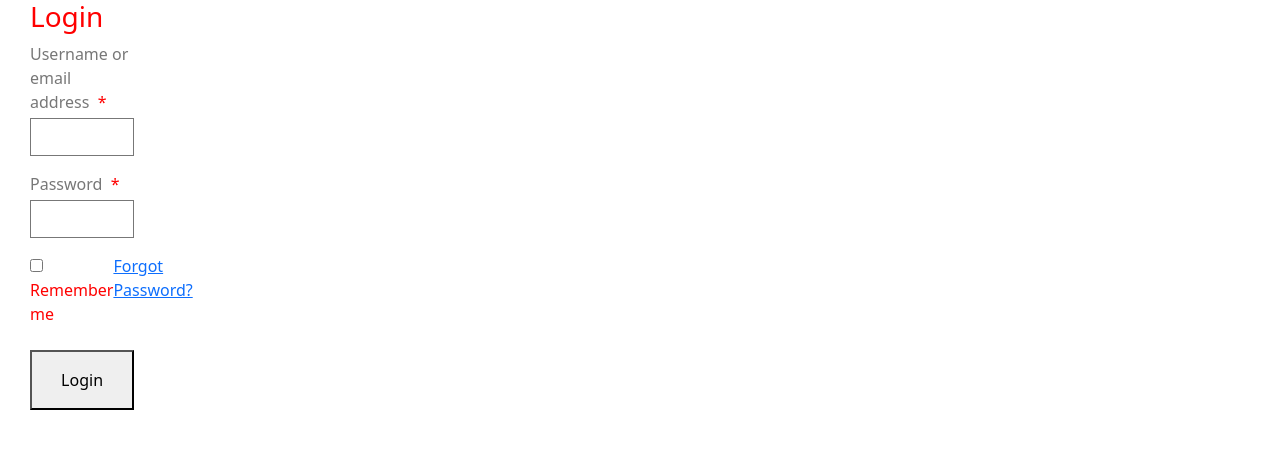
Repository: NguyenDo13/BE2-NhomH
Page: module-20,21/index.html
An editor plug-in stored every save of this project. The page is shown before and after the next save, followed by the edit.
The browser window is 1280 px wide. The pictures show the whole page.

Above is the page before, as saved 2022-05-21 07:34:25.

After the next save:
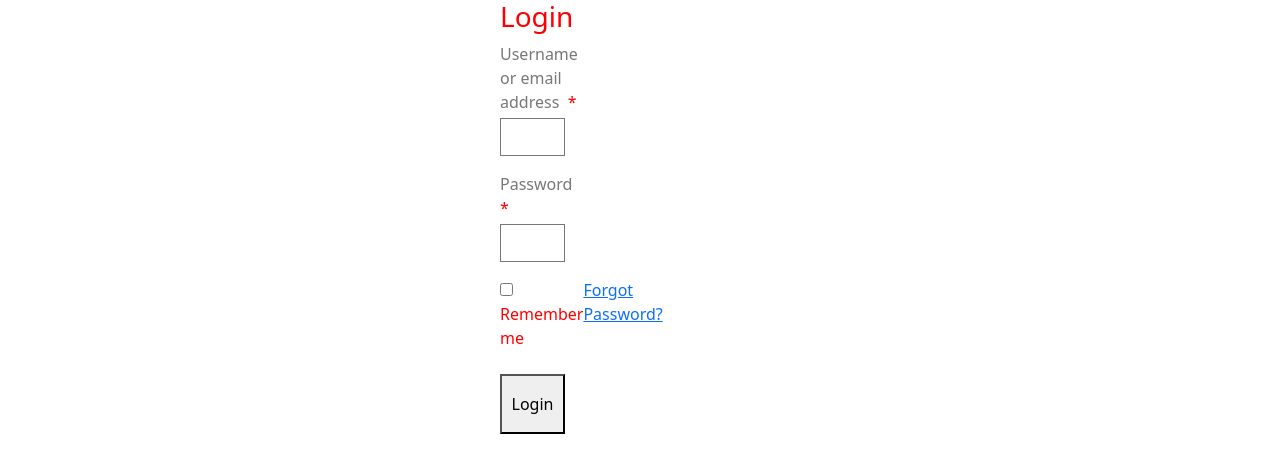
Saved 19 s later.
--- a/module-20,21/index/public/css/style.css
+++ b/module-20,21/index/public/css/style.css
@@ -24,7 +24,7 @@
 
 .u-columns {
     color: red !important;
-    padding-left: 30px;
+    padding-left: 500px;
 }
 
 body {}
